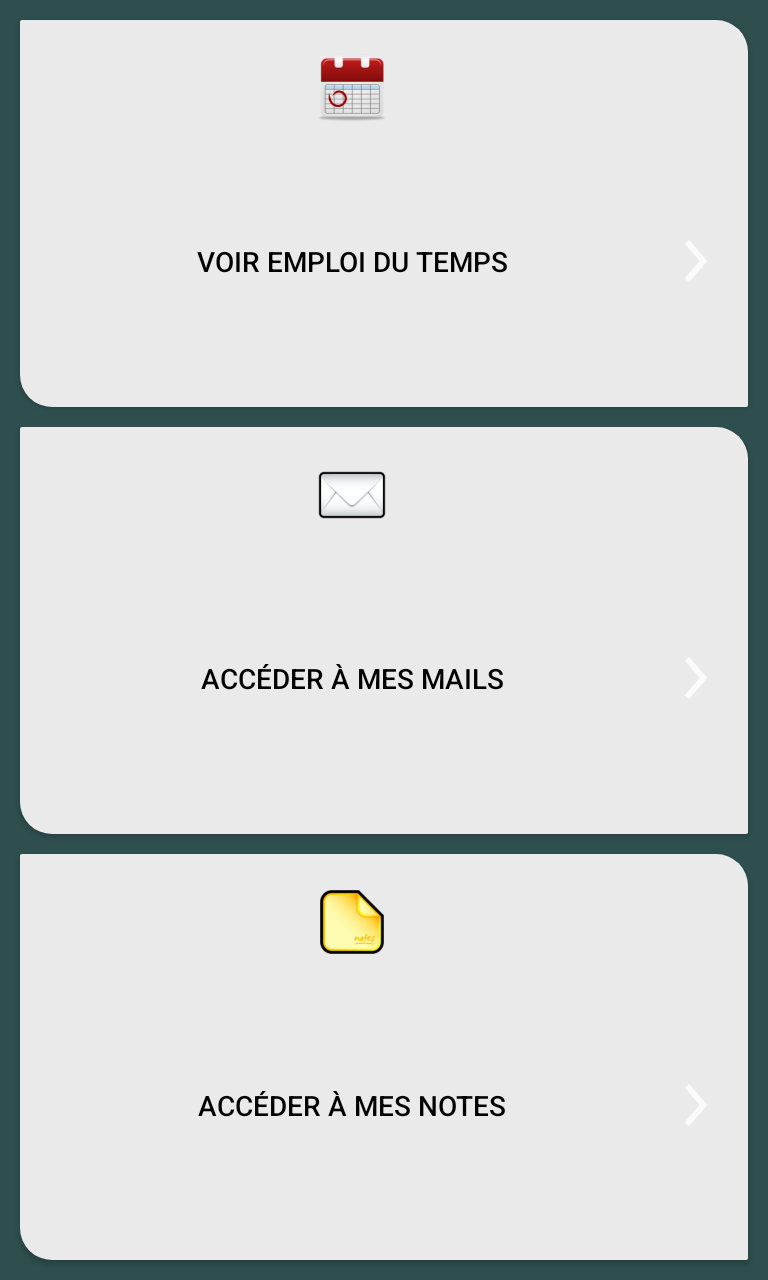
Repository: cpluuuusplus/WhoWantsKitKat
Layout: AppliPlus/res/layout/activity_menu_pamplemousse.xml
An editor plug-in stored every save of this project. The layout is shown before and after the next save, followed by the edit.
It is drawn on a 768 x 1280 px phone screen (xhdpi) without system bars, with theme Theme.AppCompat.Light; the app's code is not run.

Above is the layout before, as saved 2014-05-12 16:44:56.

### AppliPlus/res/layout/activity_menu_pamplemousse.xml
<?xml version="1.0" encoding="utf-8"?>
<LinearLayout xmlns:android="http://schemas.android.com/apk/res/android"
    android:layout_width="match_parent"
    android:layout_height="match_parent"
    android:background="@color/darkslategray"
    android:orientation="vertical" >

    <Button
        android:id="@+id/pampViewer"
        android:layout_width="match_parent"
        android:layout_height="fill_parent"
        android:layout_margin="10dp"
        android:layout_weight="1"
        android:background="@drawable/button_shape"
        android:drawableRight="@drawable/ic_action_next_item"
        android:drawableTop="@drawable/calendar"
        android:onClick="onClickPampViewer"
        android:text="Voir emploi du temps"
        android:textColor="@color/black_color" />

    <Button
        android:id="@+id/mails"
        android:layout_width="match_parent"
        android:layout_height="fill_parent"
        android:layout_marginBottom="10dp"
        android:layout_marginLeft="10dp"
        android:layout_marginRight="10dp"
        android:layout_weight="1"
        android:background="@drawable/button_shape"
        android:drawableRight="@drawable/ic_action_next_item"
        android:drawableTop="@drawable/mail"
        android:onClick="onClickMail"
        android:text="Accéder à mes mails"
        android:textColor="@color/black_color" />

    <Button
        android:id="@+id/notes"
        android:layout_width="match_parent"
        android:layout_height="fill_parent"
        android:layout_marginBottom="10dp"
        android:layout_marginLeft="10dp"
        android:layout_marginRight="10dp"
        android:layout_weight="1"
        android:background="@drawable/button_shape"
        android:drawableRight="@drawable/ic_action_next_item"
        android:drawableTop="@drawable/marks"
        android:onClick="onClickNotes"
        android:text="Accéder à mes notes"
        android:textColor="@color/black_color" />

</LinearLayout>

### AppliPlus/res/values/colors.xml
<?xml version="1.0" encoding="utf-8"?>
<resources>

    <color name="black_color">#000</color>
    <color name="white">#FFFFFF</color>
    <color name="yellow">#FFFF00</color>
    <color name="fuchsia">#FF00FF</color>
    <color name="red">#FF0000</color>
    <color name="silver">#C0C0C0</color>
    <color name="gray">#808080</color>
    <color name="olive">#808000</color>
    <color name="purple">#800080</color>
    <color name="maroon">#800000</color>
    <color name="aqua">#00FFFF</color>
    <color name="lime">#00FF00</color>
    <color name="teal">#008080</color>
    <color name="green">#008000</color>
    <color name="blue">#0000FF</color>
      <color name="darkslategray">#2F4F4F</color>
      <color name="darkorange">#FF8C00</color>
    <color name="navy">#000080</color>
    <color name="orange">#ff5500</color>
    <color name="transparent">#00000000</color>
    <color name="date_color">#999999</color>
    <color name="gold">#e6b121</color>
    <color name="blueback">#99FFFF</color>
    <color name="articlecolor">#3399FF</color>
    <color name="article_title">#3399FF</color>
    <color name="cachecolor">#8ad0e8</color>

</resources>

### AppliPlus/res/drawable-hdpi/button_shape.xml
<?xml version="1.0" encoding="utf-8"?>
<shape xmlns:android="http://schemas.android.com/apk/res/android"
    android:shape="rectangle" >

    <solid android:color="#EAEAEA" />

    <corners
        android:bottomLeftRadius="16dip"
        android:bottomRightRadius="1dip"
        android:topLeftRadius="1dip"
        android:topRightRadius="16dip" />

    <padding
        android:bottom="10dp"
        android:left="10dp"
        android:right="10dp"
        android:top="10dp" />

</shape>

After the next save:
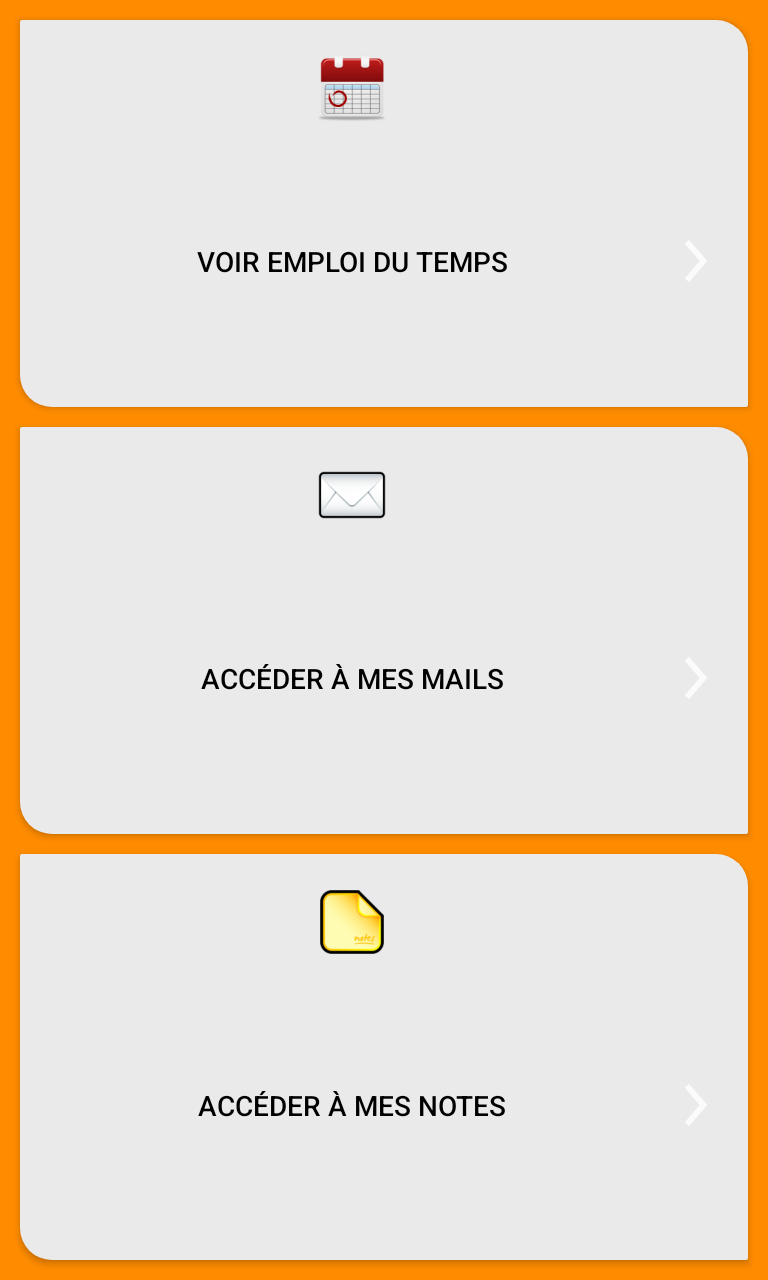
Saved 6 s later.
--- a/AppliPlus/res/layout/activity_menu_pamplemousse.xml
+++ b/AppliPlus/res/layout/activity_menu_pamplemousse.xml
@@ -2,7 +2,7 @@
 <LinearLayout xmlns:android="http://schemas.android.com/apk/res/android"
     android:layout_width="match_parent"
     android:layout_height="match_parent"
-    android:background="@color/darkslategray"
+    android:background="@color/darkorange"
     android:orientation="vertical" >
 
     <Button

After the save that followed:
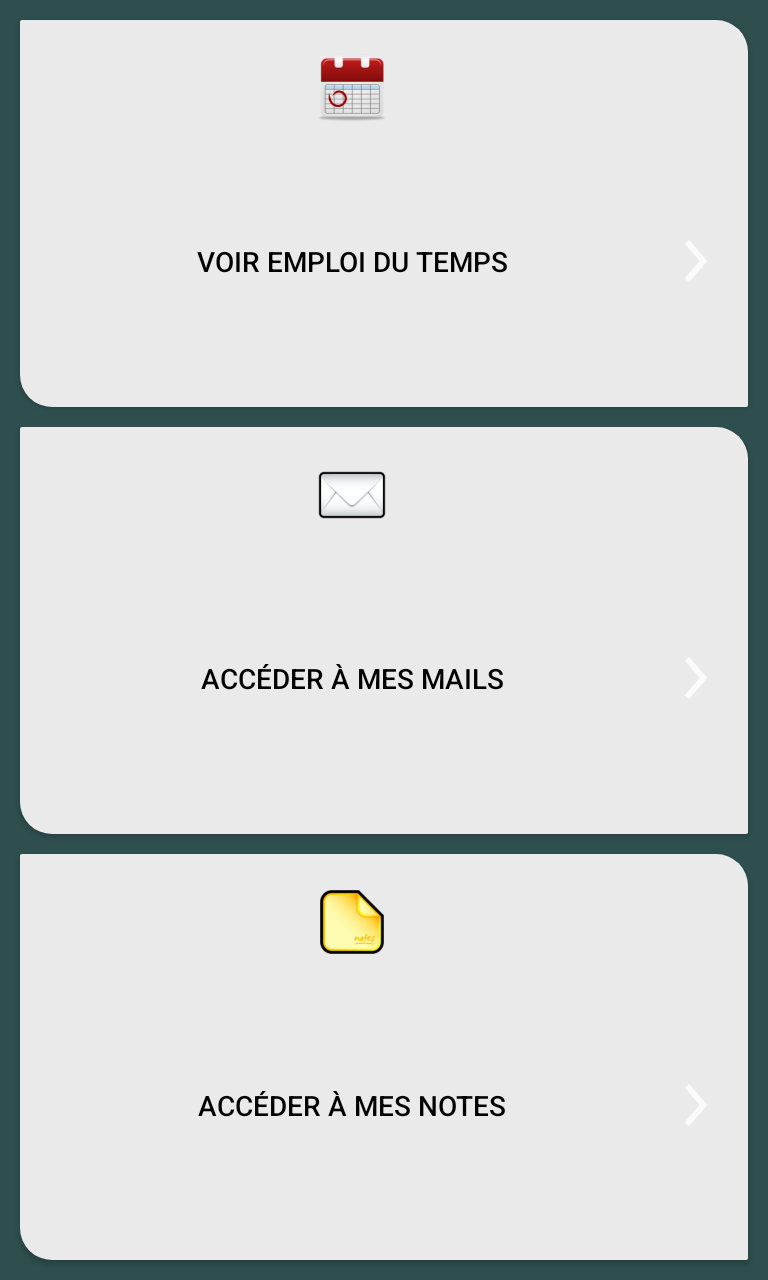
Saved 58 s later.
--- a/AppliPlus/res/layout/activity_menu_pamplemousse.xml
+++ b/AppliPlus/res/layout/activity_menu_pamplemousse.xml
@@ -2,7 +2,7 @@
 <LinearLayout xmlns:android="http://schemas.android.com/apk/res/android"
     android:layout_width="match_parent"
     android:layout_height="match_parent"
-    android:background="@color/darkorange"
+    android:background="@color/darkslategray"
     android:orientation="vertical" >
 
     <Button
